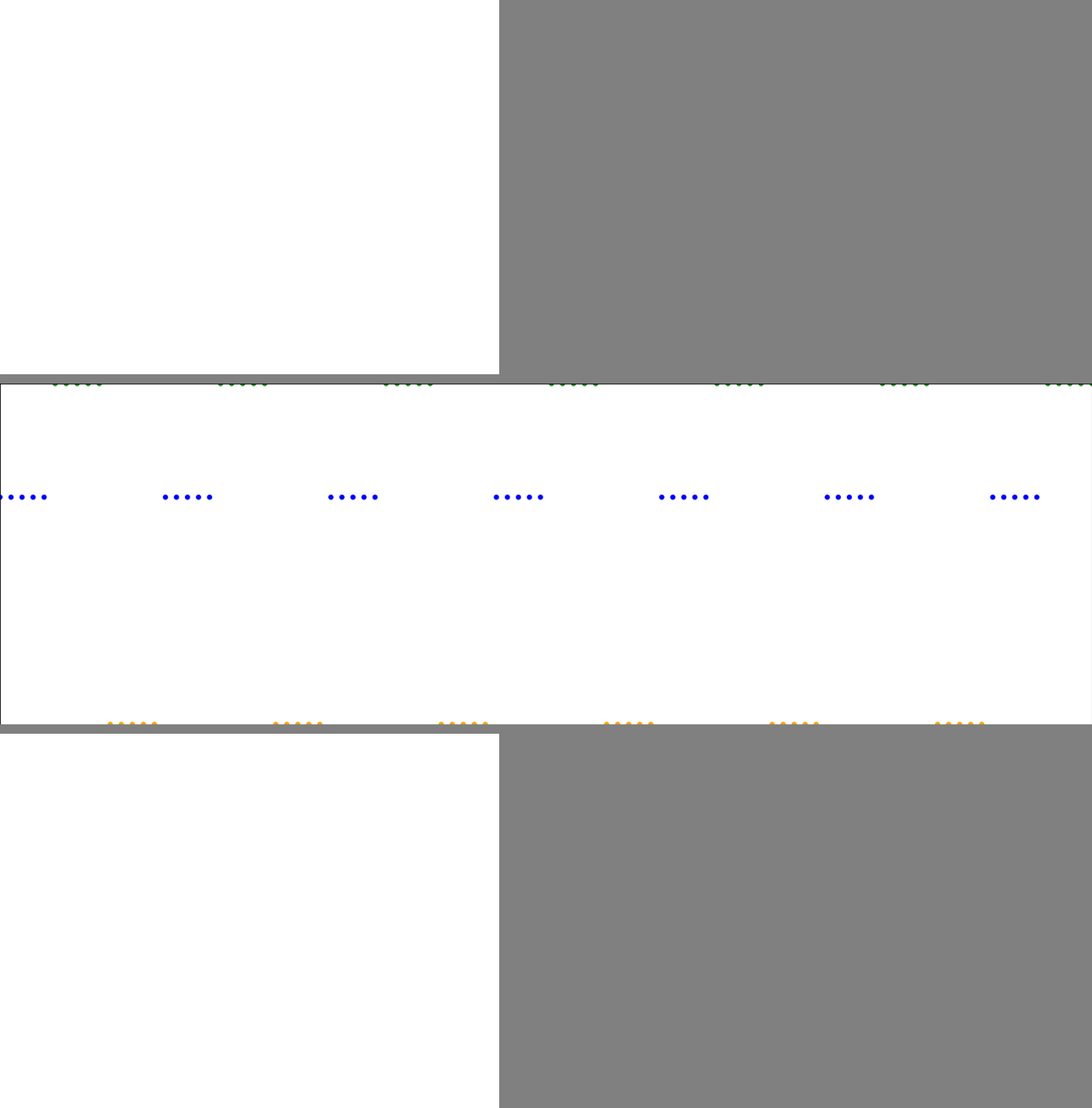
Repository: Carty-Bao/BNPHMM
Script's output: python code/synth.py
These files come from the project's save history. The script's output is drawn as it stood at one moment and after a run of saves; the edit follows.
The pictures are shown at 78% of full size.
Each picture stacks the figures in order, with grey between them; figures that are only written to a file come last. Figures wider than 1,400 px are first shrunk to that width. Random numbers start from a fixed seed.

Above is the script's output before, as saved 2022-08-18 10:31:24.

After the next 2 saves:
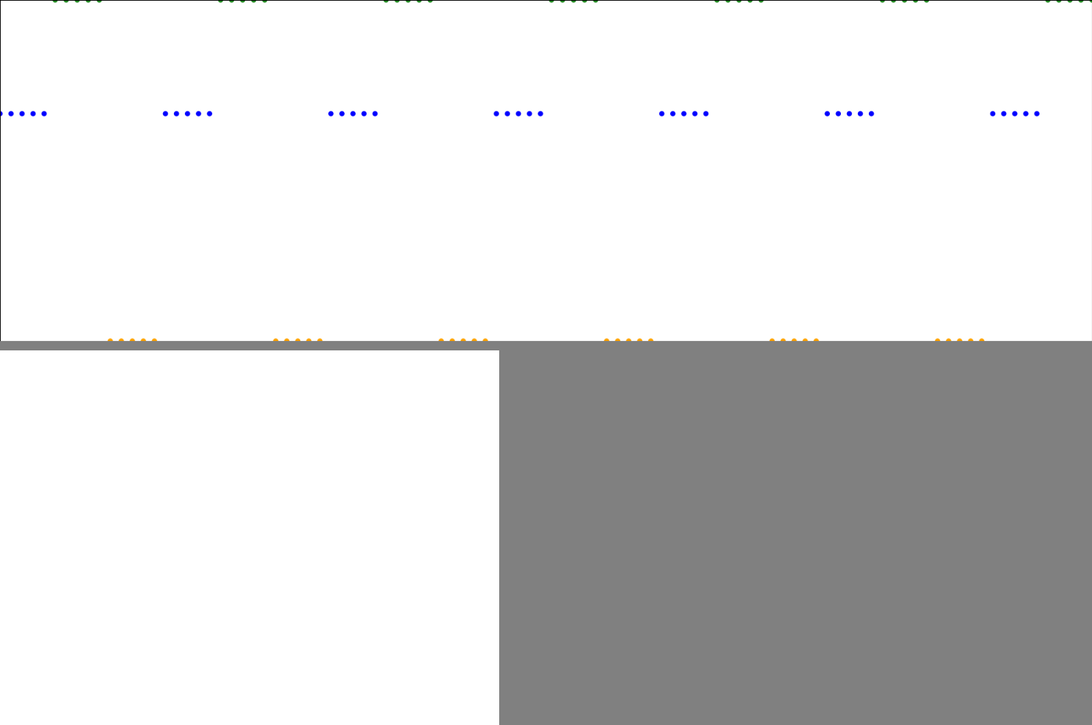
The 2 saves are shown as one change because they came seconds apart.
The last was saved 2 min 20 s later.
--- a/code/synth.py
+++ b/code/synth.py
@@ -264,7 +264,6 @@ if __name__=="__main__":
     data = [range(len(pulse)),pulse,labels]
     data = zip(*data)
     df = pd.DataFrame(data,columns=['index','X','Z'])
-    print(df.head())
 
     #颜色赋值
     col = []
@@ -278,7 +277,7 @@ if __name__=="__main__":
     # plt.xlabel("PRI index")
     # plt.ylabel("PRI value")
     # plt.title("agile PRI")
-    plt.axis('off')
+    # plt.axis('off')
     # plt.plot(range(len(X1)), X1, markersize=6, marker='*',c=col)
     df.plot.scatter('index', 'X', c=col, figsize=(16,5))
 
